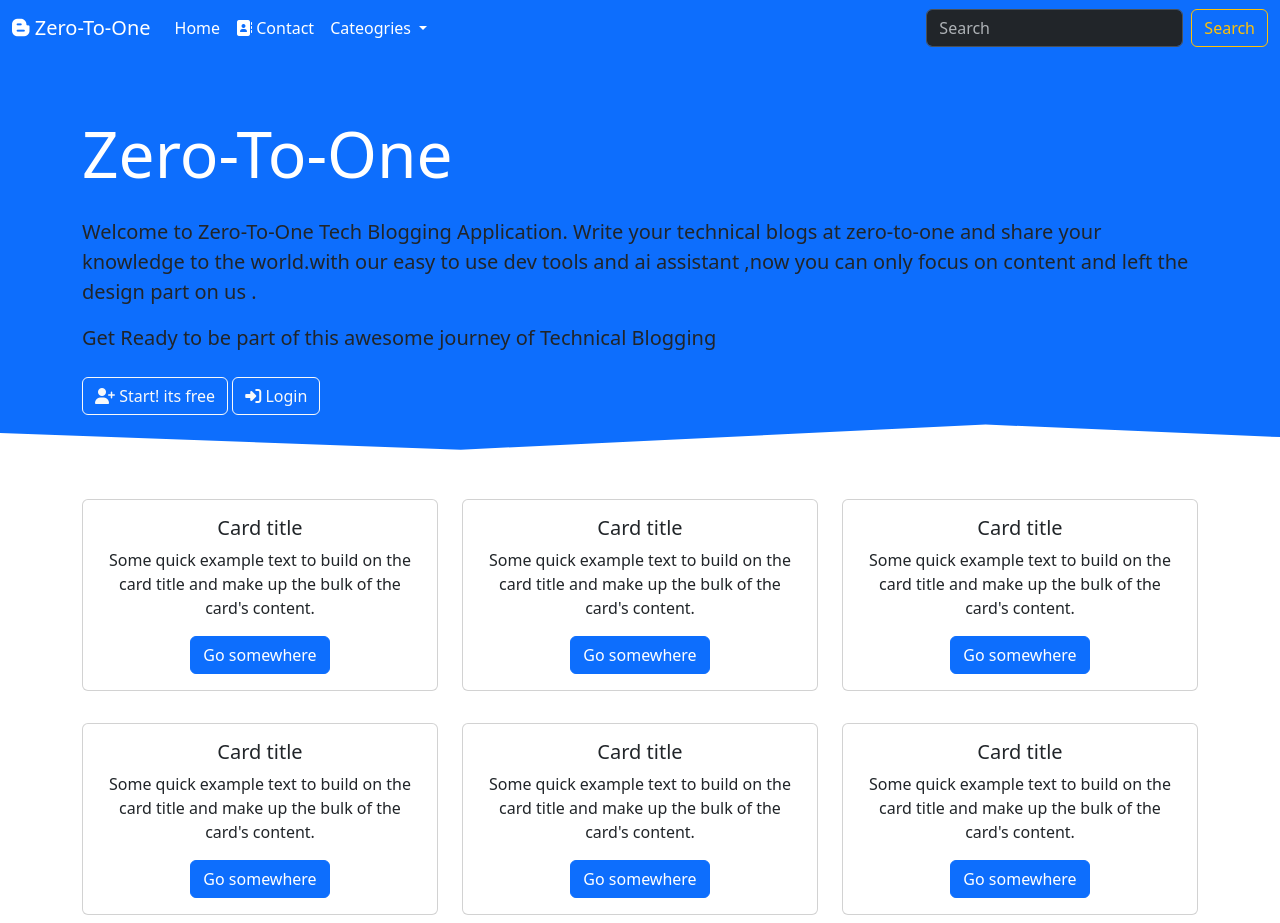
Repository: Gaurav560/PROJECT-ZeroToOne-TechBlog
Page: http://localhost/ZeroToOne/
The author's editor kept a copy of each file at every save. The page is drawn from the files as they stood at one save, then again after the next save.
The browser window is 1280 px wide. The pictures show the whole page.
Some web libraries are served in a nearby version. The page is served by Tomcat 9.

Above is the page before, as saved 2023-04-29 11:26:53.

After the next save:
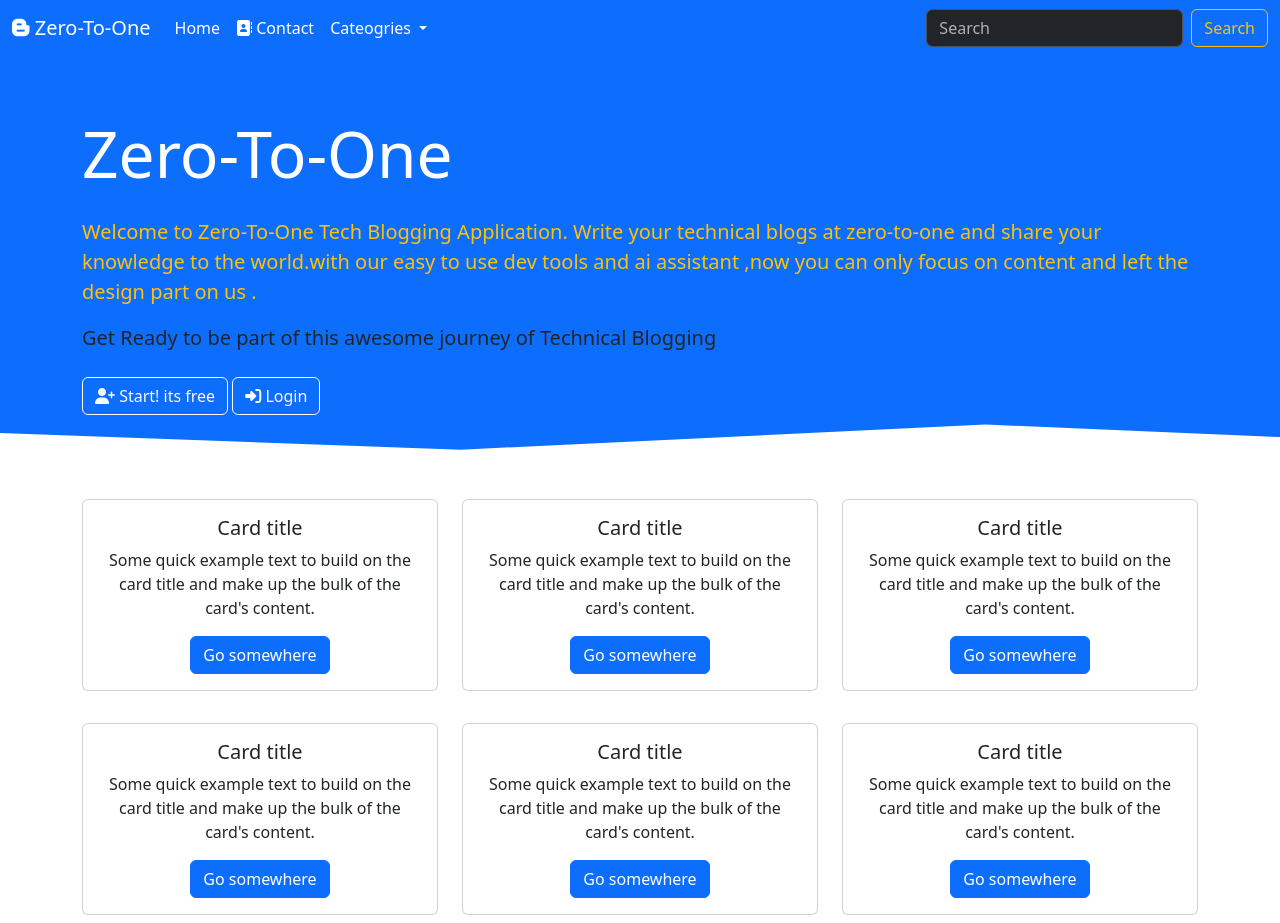
Saved 12 min 8 s later.
--- a/ZeroToOne/src/main/webapp/index.jsp
+++ b/ZeroToOne/src/main/webapp/index.jsp
@@ -28,7 +28,7 @@
 			<div class="container">
 
 				<h3 class="display-3 pb-3">Zero-To-One</h3>
-				<p class="fs-5 text-dark">Welcome to Zero-To-One Tech Blogging
+				<p class="fs-5 text-warning">Welcome to Zero-To-One Tech Blogging
 					Application. Write your technical blogs at zero-to-one and share
 					your knowledge to the world.with our easy to use dev tools and ai
 					assistant ,now you can only focus on content and left the design
